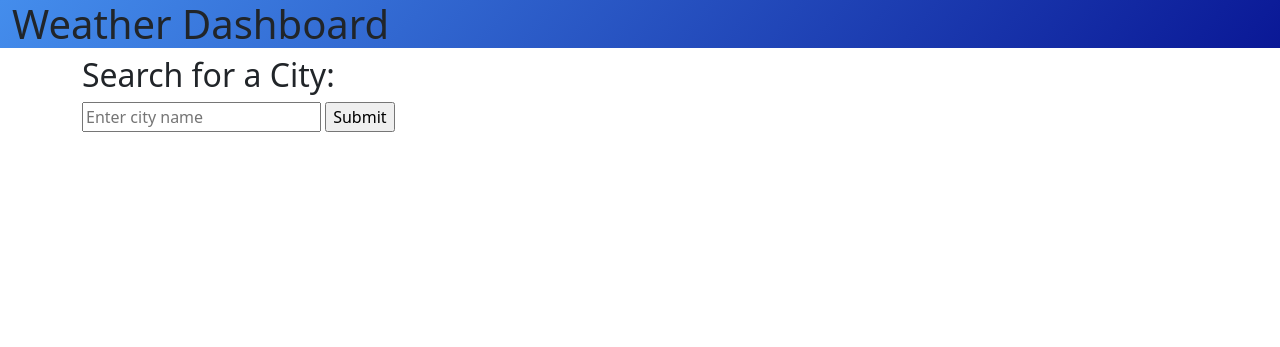
Repository: Brainybrian316/Weather-Dashboard
Page: index.html
The author's editor kept a copy of each file at every save. The page is drawn from the files as they stood at one save, then again after the next save.
The browser window is 1280 px wide. The pictures show the whole page.

Above is the page before, as saved 2022-03-26 21:53:35.

### index.html
<!DOCTYPE html>
<html lang="en">

<head>
    <meta charset="UTF-8">
    <meta http-equiv="X-UA-Compatible" content="IE=edge">
    <meta name="viewport" content="width=device-width, initial-scale=1.0">
    <title>Weather Dashboard</title>
    <link href="https://cdn.jsdelivr.net/npm/bootstrap@5.1.3/dist/css/bootstrap.min.css" rel="stylesheet"
        integrity="sha384-1BmE4kWBq78iYhFldvKuhfTAU6auU8tT94WrHftjDbrCEXSU1oBoqyl2QvZ6jIW3" crossorigin="anonymous" />
    <link rel="stylesheet" href="./assets/css/style.css" />

</head>
<header class="container-fluid bg-primary bg-gradient">
    <h1>Weather Dashboard</h1>
</header>

<body>
    <div class="container">
        <h2>Search for a City:</h2>
        <form action="index.php" method="post">
            <input type="text" name="city" placeholder="Enter city name" />
            <input type="submit" name="submit" value="Submit" />
        </form>
    </div>
    <div class="container">

    </div>


    <script src="https://cdn.jsdelivr.net/npm/bootstrap@5.1.3/dist/js/bootstrap.bundle.min.js"
        integrity="sha384-ka7Sk0Gln4gmtz2MlQnikT1wXgYsOg+OMhuP+IlRH9sENBO0LRn5q+8nbTov4+1p" crossorigin="anonymous">
    </script>
    <script src="./assets/javascript/logic.js"></script>
</body>

</html>

### assets/css/style.css
.bg-primary {
    background: linear-gradient(-50deg, #0a1896, #448dec) !important;

}

Loaded but not shown: assets/javascript/logic.js (no copy from this time; the picture is the same without it)

After the next save:
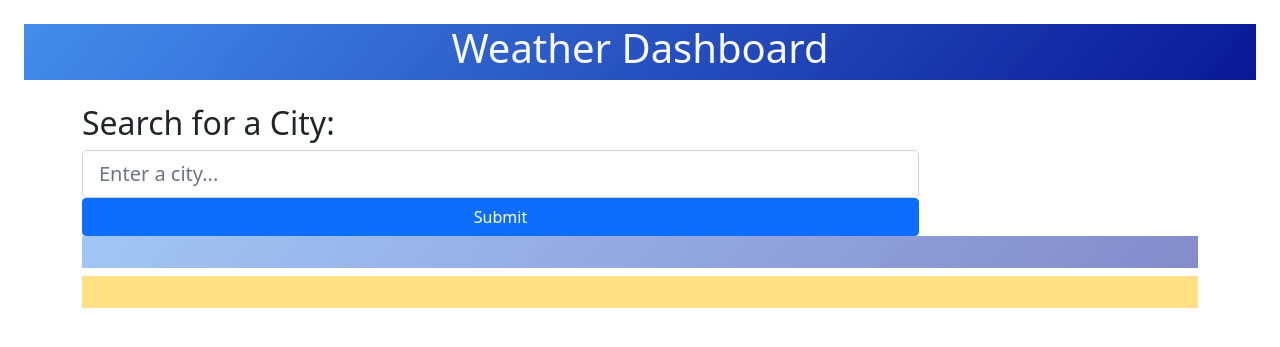
Saved 38 min 55 s later.
--- a/index.html
+++ b/index.html
@@ -11,27 +11,31 @@
     <link rel="stylesheet" href="./assets/css/style.css" />
 
 </head>
-<header class="container-fluid bg-primary bg-gradient">
-    <h1>Weather Dashboard</h1>
+<header class="d-flex justify-content-center bg-primary bg-gradient m-4">
+    <h1 class="text-light ">Weather Dashboard</h1>
 </header>
 
 <body>
-    <div class="container">
+    <div class="container-sm position-relative left-0">
         <h2>Search for a City:</h2>
         <form action="index.php" method="post">
-            <input type="text" name="city" placeholder="Enter city name" />
-            <input type="submit" name="submit" value="Submit" />
+            <input class="form-control form-control-lg w-75" type="text" name="city" placeholder="Enter a city..." />
+            <button type="button" class="btn btn-primary w-75">Submit</button>
         </form>
     </div>
-    <div class="container">
 
+    <div class="container-md  position-relative right-0">
+        <h2 class="placeholder col-12 bg-primary"></h2>
     </div>
 
+    <div class="container-md">
+        <h2 class="placeholder col-12 bg-warning"></h2>
 
-    <script src="https://cdn.jsdelivr.net/npm/bootstrap@5.1.3/dist/js/bootstrap.bundle.min.js"
-        integrity="sha384-ka7Sk0Gln4gmtz2MlQnikT1wXgYsOg+OMhuP+IlRH9sENBO0LRn5q+8nbTov4+1p" crossorigin="anonymous">
-    </script>
-    <script src="./assets/javascript/logic.js"></script>
+
+        <script src="https://cdn.jsdelivr.net/npm/bootstrap@5.1.3/dist/js/bootstrap.bundle.min.js"
+            integrity="sha384-ka7Sk0Gln4gmtz2MlQnikT1wXgYsOg+OMhuP+IlRH9sENBO0LRn5q+8nbTov4+1p" crossorigin="anonymous">
+        </script>
+        <script src="./assets/javascript/logic.js"></script>
 </body>
 
 </html>
